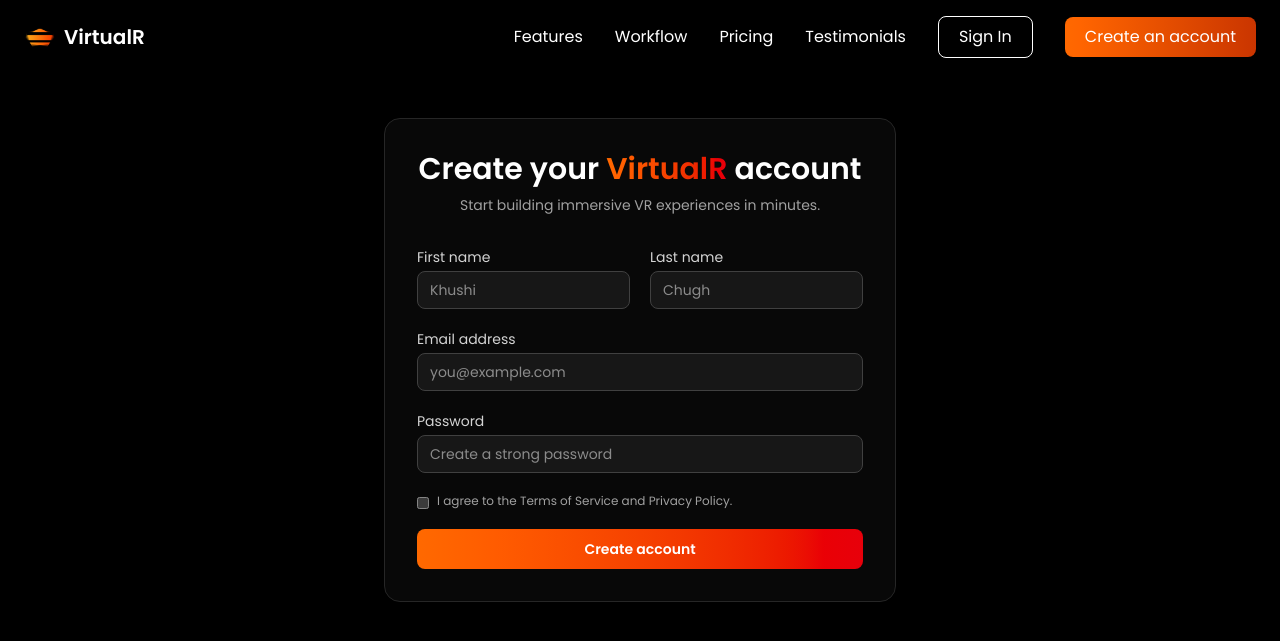
Repository: Khushichugh14/Virtualab
Page: /create-account
An editor plug-in stored every save of this project. The page is shown before and after a run of saves, followed by the edit.
The browser window is 1280 px wide. The pictures show the whole page.
The project was rebuilt for these pictures with package versions that can differ from the ones it lists, and the page was loaded fresh each time. Also part of the build but not shown: vite.config.js, src/pages/StartFree.jsx, src/pages/Documentation.jsx, src/pages/SignIn.jsx, src/components/HeroSection.jsx, src/components/FeatureSection.jsx, src/components/Workflow.jsx, src/components/Pricing.jsx and 3 more. Imported but missing from the stored project, and not drawn on this page: src/assets/video1.mp4, src/assets/video2.mp4.

Above is the page before, as saved 2025-12-10 12:01:09.

After the next 2 saves:
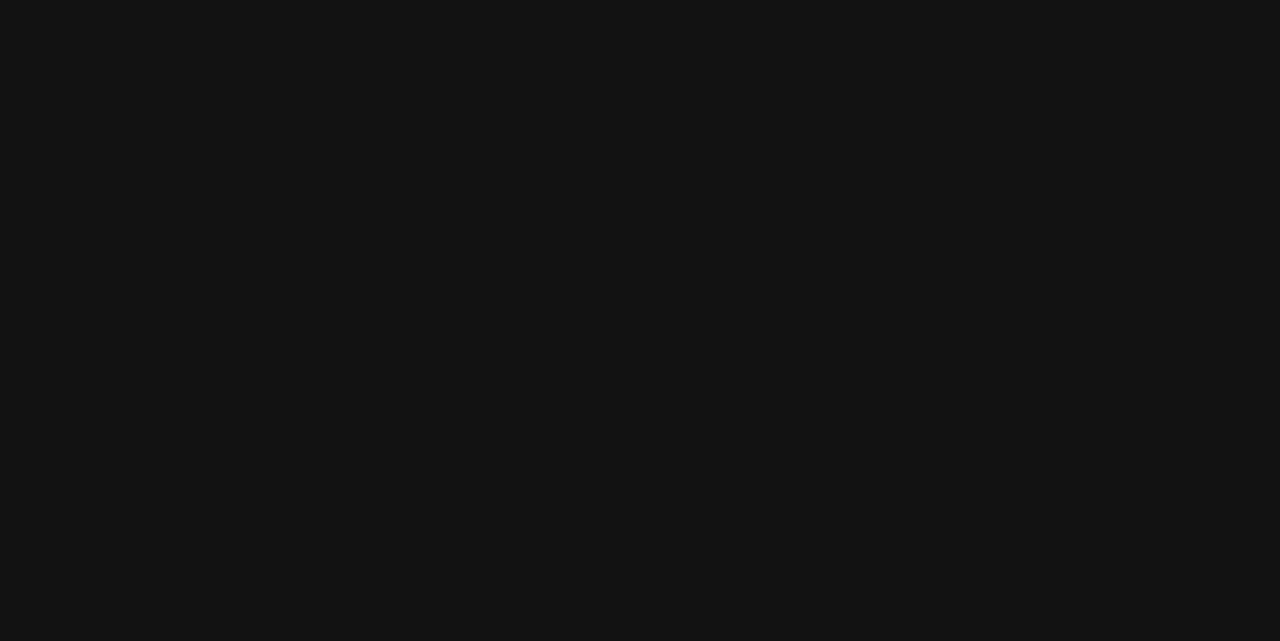
Console error: ReferenceError: cconst is not defined
The 2 saves are shown as one change because 1 did not build or start.
The last was saved 11 s later.
--- a/src/pages/CreatAccount.jsx
+++ b/src/pages/CreatAccount.jsx
@@ -7,19 +7,34 @@
 
 
 const CreateAccount = () => {
-  const [formData, setFormData] = useState({ email: "", password: "" });
+  cconst [formData, setFormData] = useState({
+    firstName: "",
+    lastName: "",
+    email: "",
+    password: "",
+    terms: false,
+  });
+
   const [errors, setErrors] = useState({});
   const [isLoading, setIsLoading] = useState(false);
   const navigate = useNavigate();
 
   const handleChange = (e) => {
-    const { name, value } = e.target;
-    setFormData((prev) => ({ ...prev, [name]: value }));
+    const { name, value, type, checked } = e.target;
+
+    setFormData((prev) => ({
+      ...prev,
+      [name]: type === "checkbox" ? checked : value,
+    }));
+
     setErrors((prev) => ({ ...prev, [name]: "" }));
   };
 
   const validate = () => {
     const newErrors = {};
+
+    if (!formData.firstName.trim()) newErrors.firstName = "First name is required";
+    if (!formData.lastName.trim()) newErrors.lastName = "Last name is required";
 
     if (!formData.email.trim()) {
       newErrors.email = "Email is required";
@@ -33,6 +48,10 @@
       newErrors.password = "Password must be at least 6 characters";
     }
 
+    if (!formData.terms) {
+      newErrors.terms = "You must agree to the terms";
+    }
+
     setErrors(newErrors);
     return Object.keys(newErrors).length === 0;
   };
@@ -41,41 +60,35 @@
     e.preventDefault();
 
     if (!validate()) {
-      toast.error("Fix the errors and try again.");
+      toast.error("Please fix the errors in the form.");
       return;
     }
 
     setIsLoading(true);
 
     setTimeout(() => {
-      const storedAccount = JSON.parse(localStorage.getItem(ACCOUNT_KEY));
-
-      if (!storedAccount) {
-        toast.error("No account found. Please create one.");
-        setIsLoading(false);
-        return;
-      }
-
-      if (
-        storedAccount.email === formData.email &&
-        storedAccount.password === formData.password
-      ) {
-        // create login session
-        localStorage.setItem(
-          SESSION_KEY,
-          JSON.stringify({ email: storedAccount.email })
-        );
-
-        toast.success("Logged in successfully!");
-        navigate("/");
-      } else {
-        toast.error("Invalid email or password");
-      }
-
+      const account = {
+        firstName: formData.firstName,
+        lastName: formData.lastName,
+        email: formData.email,
+        password: formData.password,
+      };
+
+      // save persistent account
+      localStorage.setItem(ACCOUNT_KEY, JSON.stringify(account));
+
+      // log user in (session)
+      localStorage.setItem(SESSION_KEY, JSON.stringify({ email: account.email }));
+
+      toast.success("Account created successfully!");
       setIsLoading(false);
+
+      navigate("/"); // home, navbar will now show Logout
     }, 800);
   };
+
   return (
+
     <div className="min-h-screen bg-black flex items-center justify-center px-4">
       <div className="w-full max-w-lg rounded-2xl border border-neutral-800 bg-neutral-950/80 p-8 shadow-xl">
         <h2 className="text-2xl sm:text-3xl font-semibold text-center">

After the save that followed:
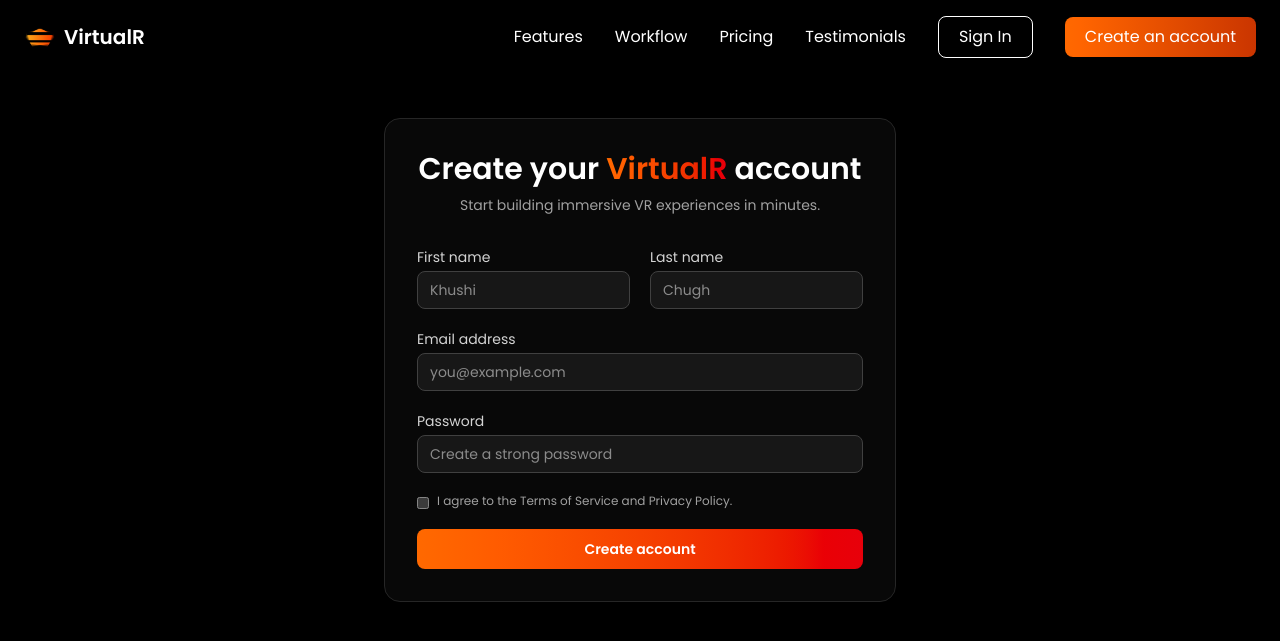
The error is gone.
Saved 25 s later.
--- a/src/pages/CreatAccount.jsx
+++ b/src/pages/CreatAccount.jsx
@@ -7,7 +7,7 @@
 
 
 const CreateAccount = () => {
-  cconst [formData, setFormData] = useState({
+  const [formData, setFormData] = useState({
     firstName: "",
     lastName: "",
     email: "",
